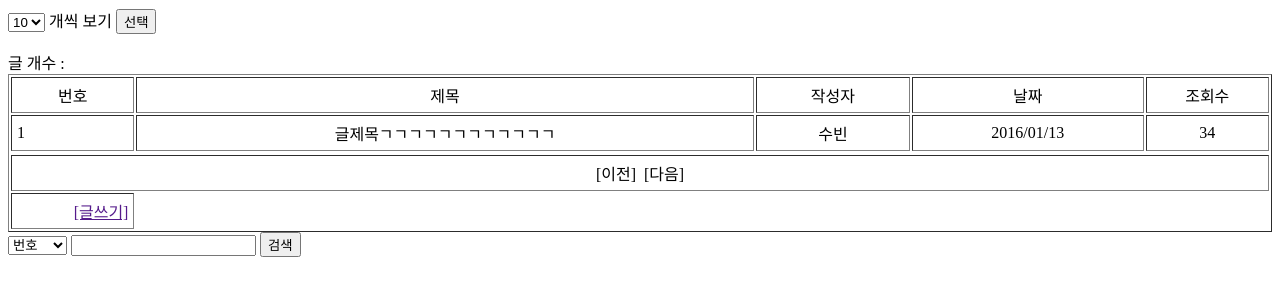
Repository: ekgus419/hckj
Page: http://localhost/Railro/WEB-INF/views/index.jsp
An editor plug-in stored every save of this project. The page is shown before and after the next save, followed by the edit.
The browser window is 1280 px wide. The pictures show the whole page.
The page is served by Tomcat 9. Nobody is signed in. The template is opened directly, without the code that normally fills it, so the values that code supplies are empty.

Above is the page before, as saved 2016-08-18 07:07:18.

After the next save:
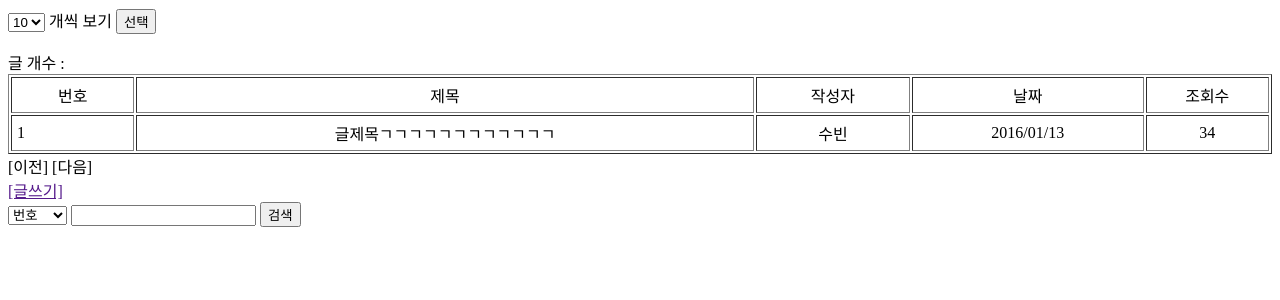
Saved 48 s later.
--- a/Railro/src/main/webapp/WEB-INF/views/index.jsp
+++ b/Railro/src/main/webapp/WEB-INF/views/index.jsp
@@ -51,20 +51,15 @@
 				<div align="center">34</div>
 			</td>
 		</tr>
-		<tr>
-		</tr>
-		<tr align=center>
-			<td colspan=7>
-				[이전]&nbsp;
-				[다음]
-			</td>
-		</tr>
+	</table>
+	<div class="paging">
+	[이전]&nbsp;[다음]
+	</div>
 		<tr align="left">
 			<td align="right">
 		   		<a href="">[글쓰기]</a>
 			</td>
 		</tr>
-	</table>
 	<div class="search">
 		<form action="" method="get">
 			<select name="keyField">
